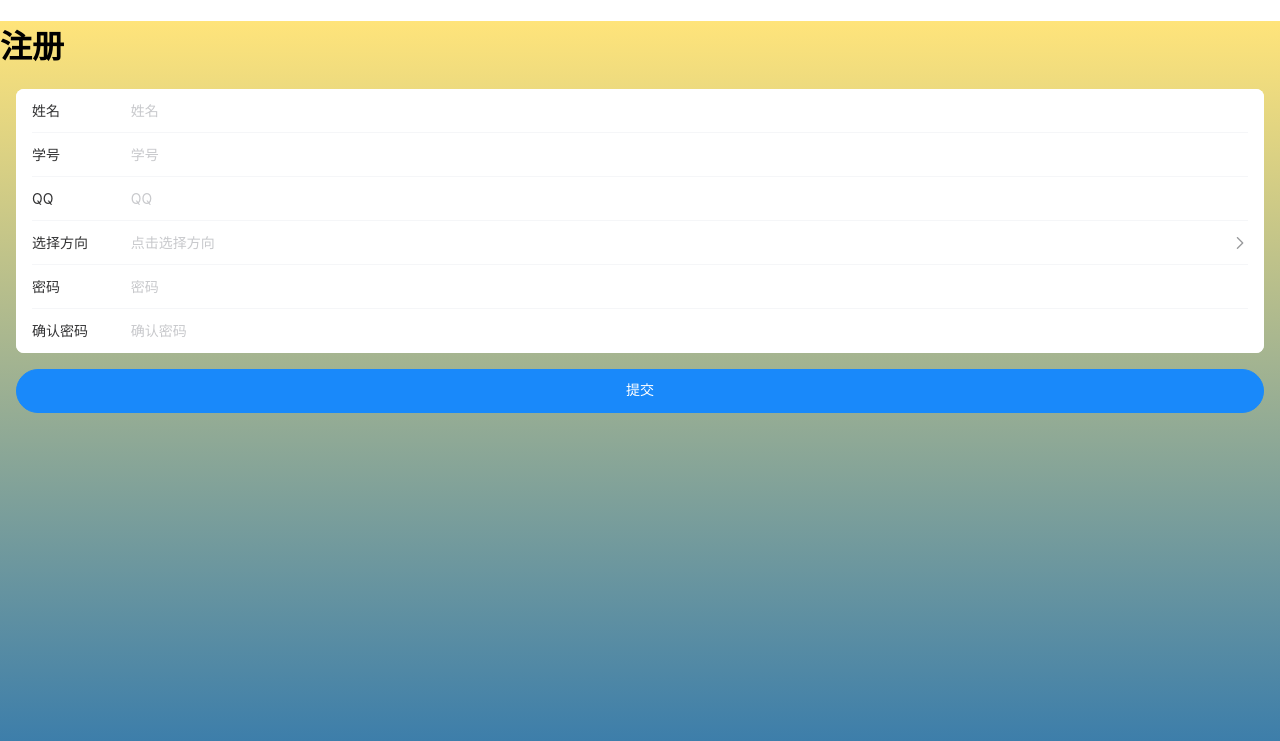
Repository: Qwenicq/new_sys
Page: /register (app in new-syws/)
These files come from the project's save history. The page is drawn as it stood at one moment and after the next save; the edit follows.
The browser window is 1280 px wide. The pictures show the whole page.
The project was rebuilt for these pictures with package versions that can differ from the ones it lists, and the page was loaded fresh each time. Also part of the build but not shown: new-syws/vite.config.js, new-syws/src/components/user.vue.

Above is the page before, as saved 2024-01-27 13:12:58.

After the next save:
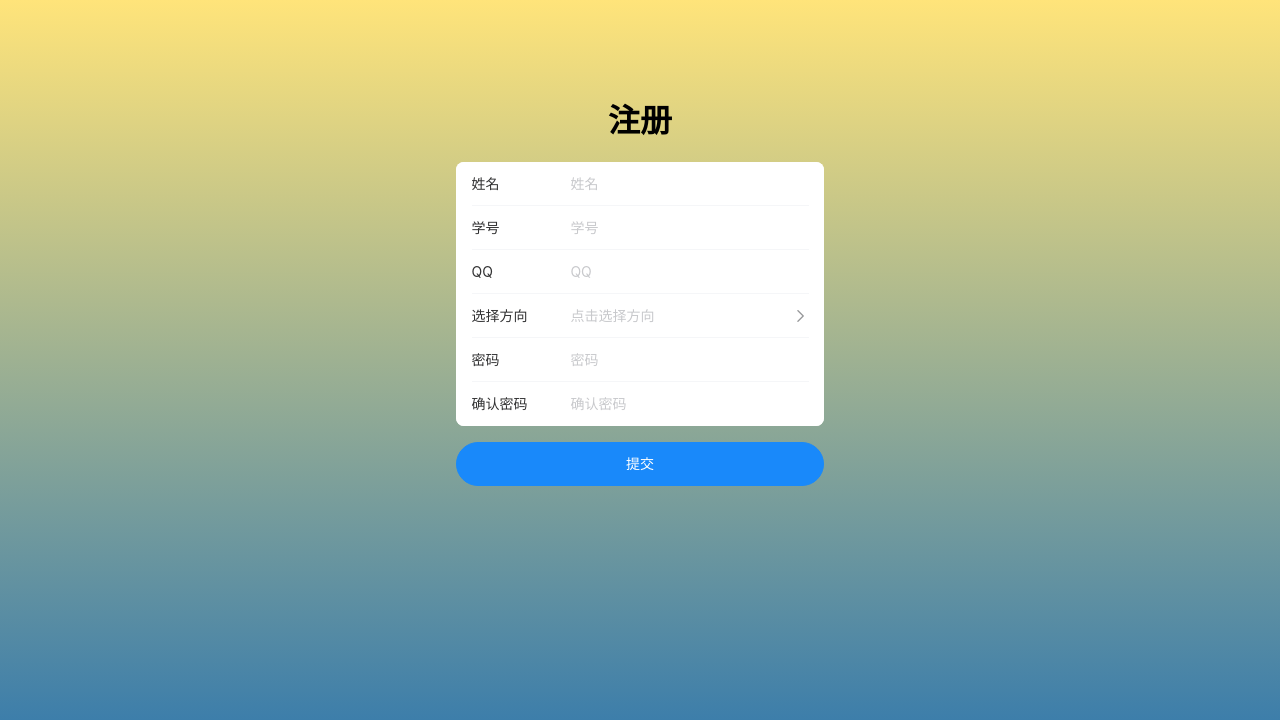
Saved 8 s later.
--- a/new-syws/src/views/register/RegisterPage.vue
+++ b/new-syws/src/views/register/RegisterPage.vue
@@ -107,6 +107,10 @@
   ); /* W3C, IE 10+/ Edge, Firefox 16+, Chrome 26+, Opera 12+, Safari 7+ */
 }
 .main {
-
+  flex-direction: column;
+  display: flex;
+  justify-content: center;
+  align-items: center;
+  height: 80vh;
 }
 </style>
